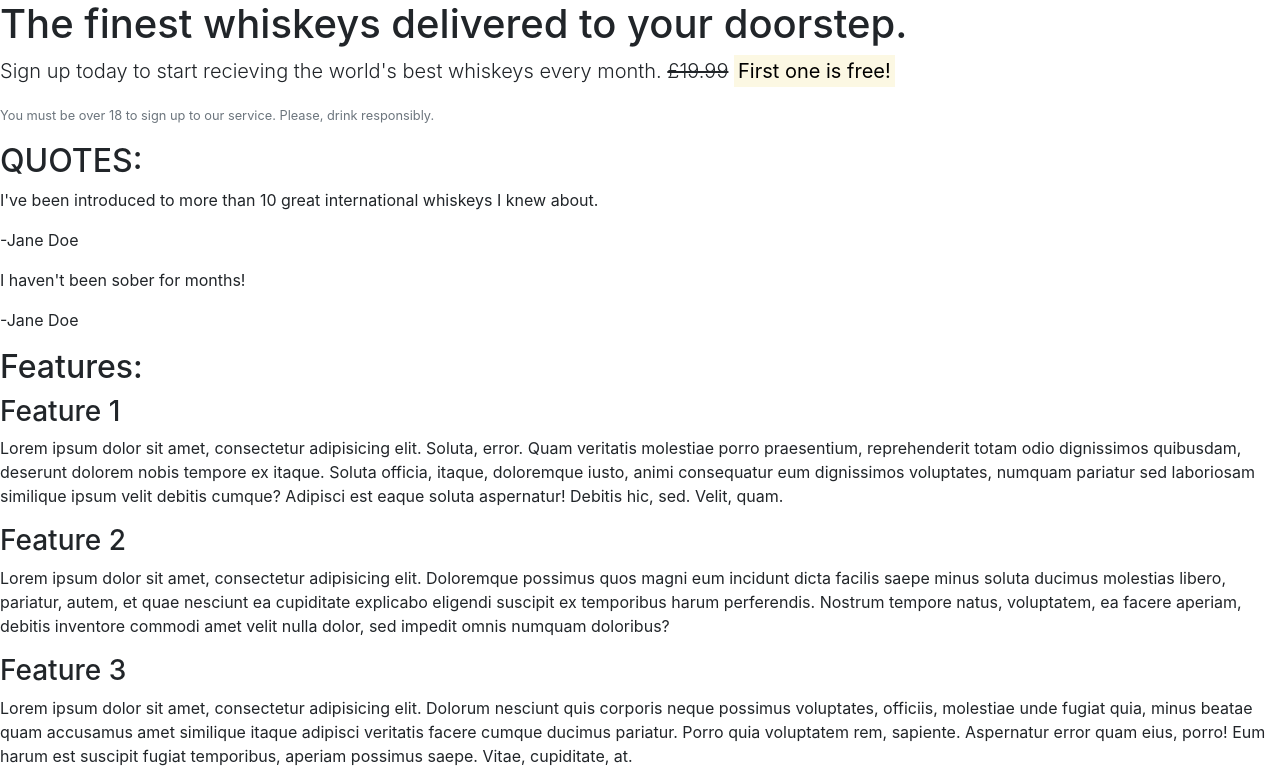
Repository: Leannald13/whiskey-project
Page: index.html
The author's editor kept a record of every edit. The page is drawn from the files as they stood at one moment, then again after the next edit.
The browser window is 1280 px wide. The pictures show the whole page.

Above is the page before.
Console error: TypeError: Cannot read properties of undefined (reading 'fn')

After the next edit:
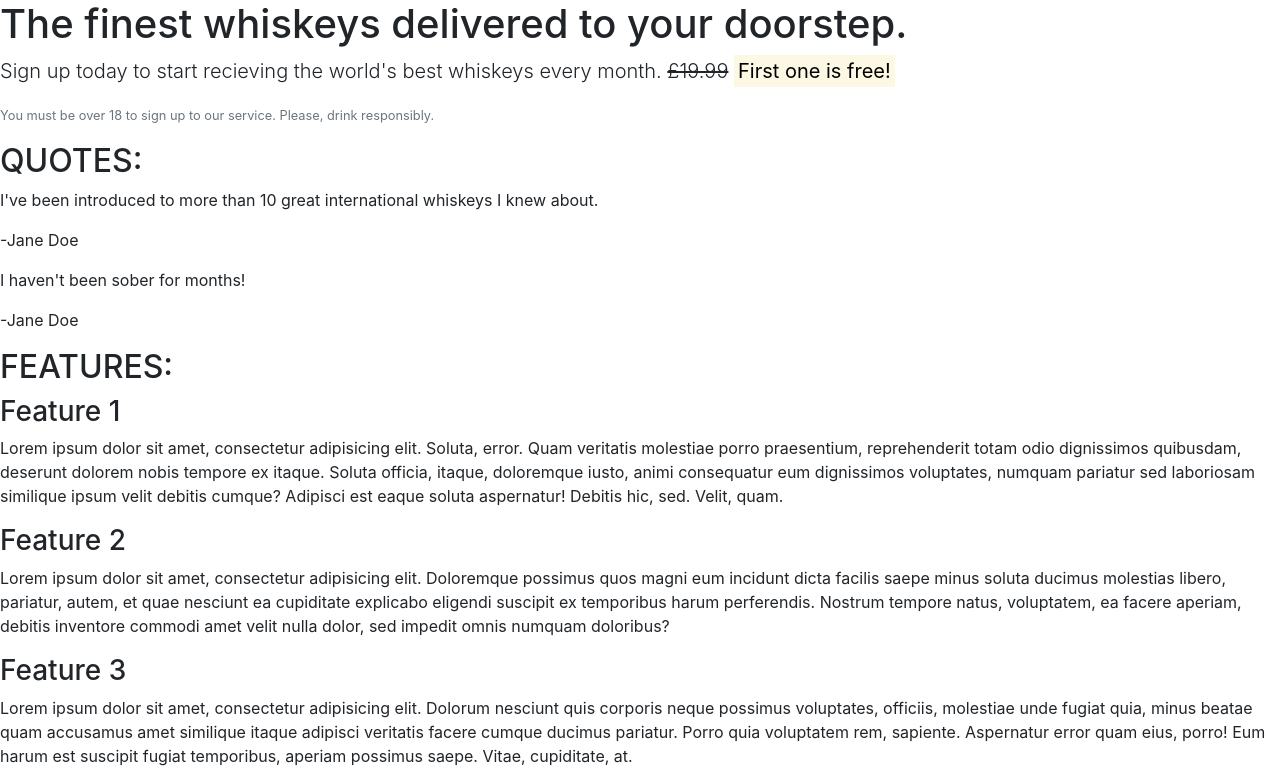
The edit:
--- a/index.html
+++ b/index.html
@@ -28,7 +28,7 @@
       </div>
     </section>
     <section class="features">
-        <h2>Features:</h2>
+        <h2 class="text-uppercase">Features:</h2>
         <div class="feature">
             <h3>Feature 1</h3>
             <p>Lorem ipsum dolor sit amet, consectetur adipisicing elit. Soluta, error. Quam veritatis molestiae porro praesentium, reprehenderit totam odio dignissimos quibusdam, deserunt dolorem nobis tempore ex itaque. Soluta officia, itaque, doloremque iusto, animi consequatur eum dignissimos voluptates, numquam pariatur sed laboriosam similique ipsum velit debitis cumque? Adipisci est eaque soluta aspernatur! Debitis hic, sed. Velit, quam.</p>
